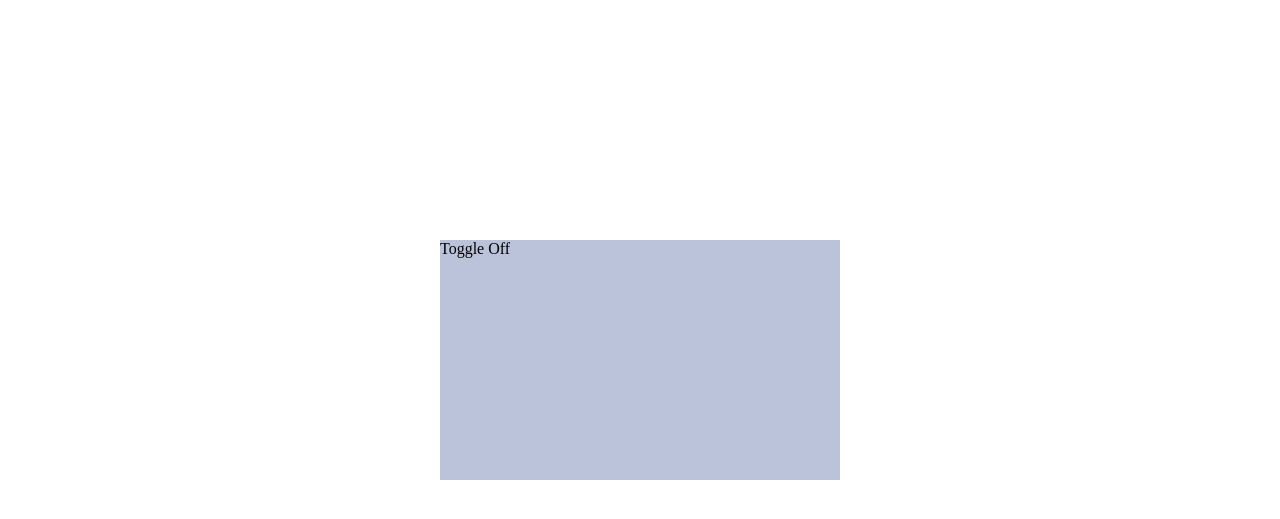
Repository: haokiet2501/troll-my-react
Page: /
The author's editor kept a copy of each file at every save. The page is drawn from the files as they stood at one save, then again after the next save.
The browser window is 1280 px wide. The pictures show the whole page.
The project was rebuilt for these pictures with package versions that can differ from the ones it lists, and the page was loaded fresh each time.

Above is the page before, as saved 2022-07-30 22:15:03.

After the next save:
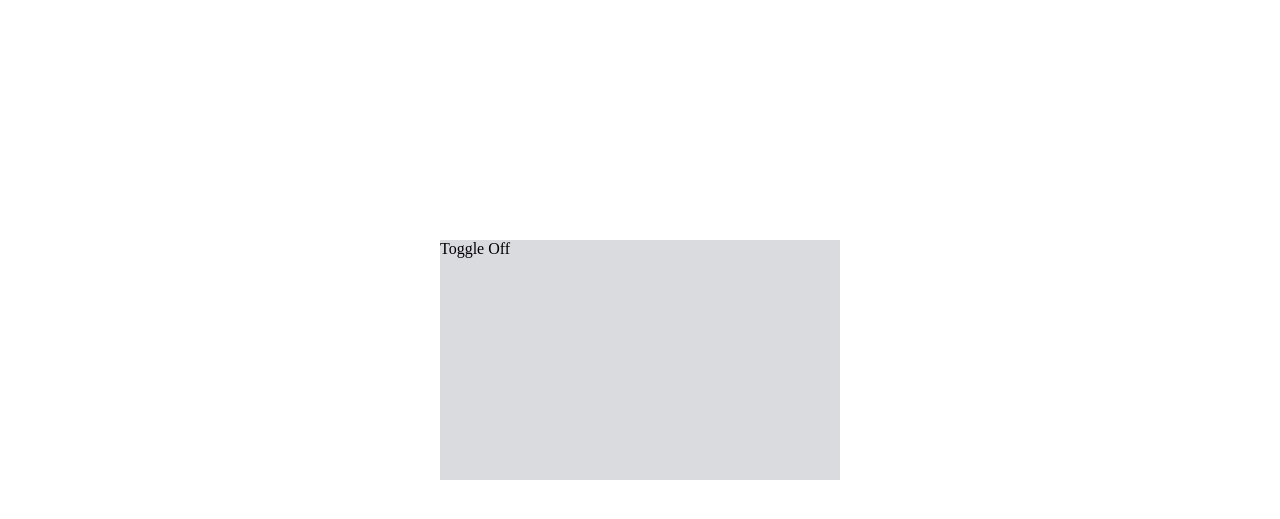
Saved 20 s later.
--- a/src/index.css
+++ b/src/index.css
@@ -5,5 +5,5 @@
   transform: translate(-50%, -50%);
   width: 25rem;
   height: 15rem;
-  background-color: #BAC3D9;
+  background-color: #d9dbdf;
 }
